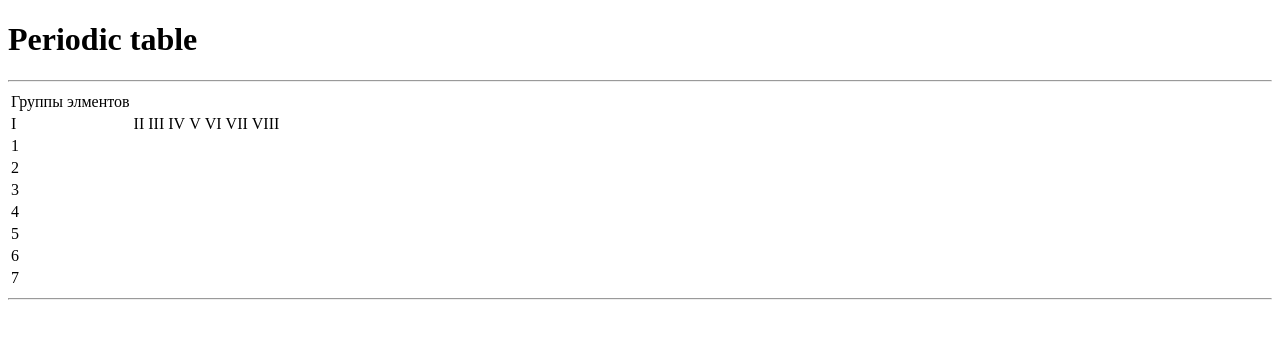
Repository: sannikovcode/exercises-a1
Page: JS/websites/01-periodic table/index.html
These files come from the project's save history. The page is drawn as it stood at one moment and after the next save; the edit follows.
The browser window is 1280 px wide. The pictures show the whole page.

Above is the page before, as saved 2025-10-17 17:25:57.

After the next save:
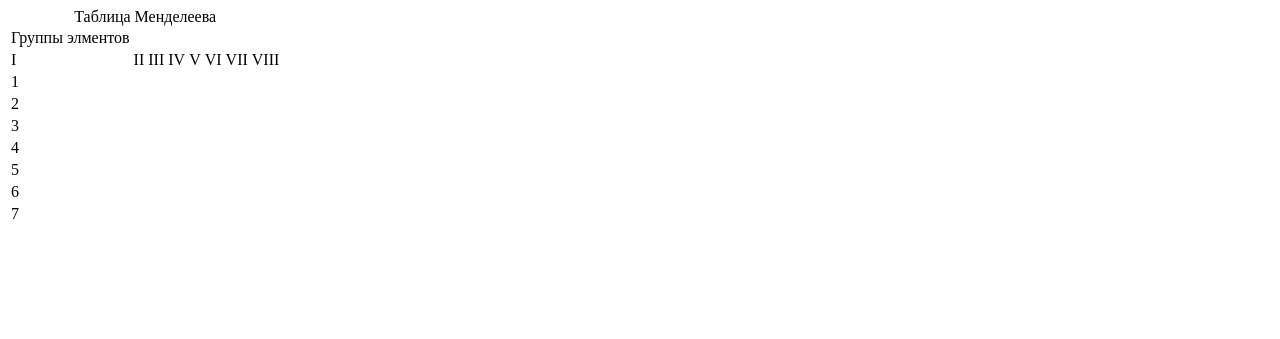
Saved 2 min 35 s later.
--- a/JS/websites/01-periodic table/index.html
+++ b/JS/websites/01-periodic table/index.html
@@ -10,9 +10,11 @@
 
 <body>
 
-    <h1>Periodic table</h1>
-    <hr>
+
+
     <table>
+        <caption>Таблица Менделеева</caption>
+
         <tr>
             <td>Группы элментов</td>
         </tr>
@@ -56,7 +58,7 @@
         </tr>
 
     </table>
-    <hr>
+
 
 
 
